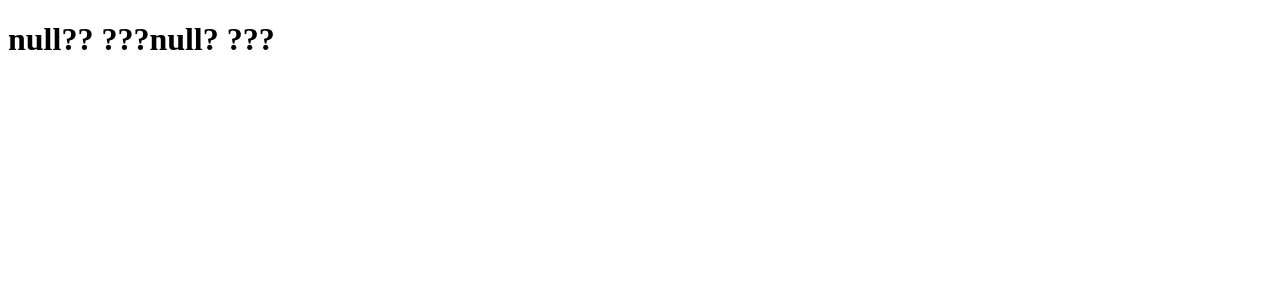
Repository: limbit95/05_Server
Page: http://localhost/ServletProject/example1
The author's editor kept a copy of each file at every save. The page is drawn from the files as they stood at one save, then again after the next save.
The browser window is 1280 px wide. The pictures show the whole page.
The page is served by Tomcat 10.

Above is the page before, as saved 2024-03-21 05:08:27.

After the next save:
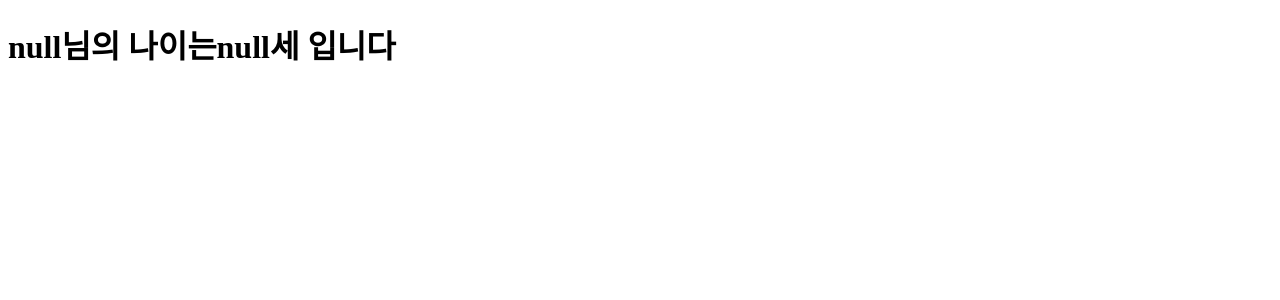
Saved 23 s later.
--- a/ServletProject/src/main/java/edu/kh/servlet/controller/ExampleController1.java
+++ b/ServletProject/src/main/java/edu/kh/servlet/controller/ExampleController1.java
@@ -45,7 +45,7 @@ public class ExampleController1 extends HttpServlet{
 		// HttpServletResponse 객체 이용
 
 		// 응답하는 문서의 형식과 문자인코딩을 지정
-		resp.setContentType("text/html;");
+		resp.setContentType("text/html; charset=UTF-8");
 
 		// 서버 -> 클라이언트로 연결되는 스트림 얻어오기
 		// 서버에서 클라이언트 응답하는 방법은 응답 페이지를 만들어 보냄
